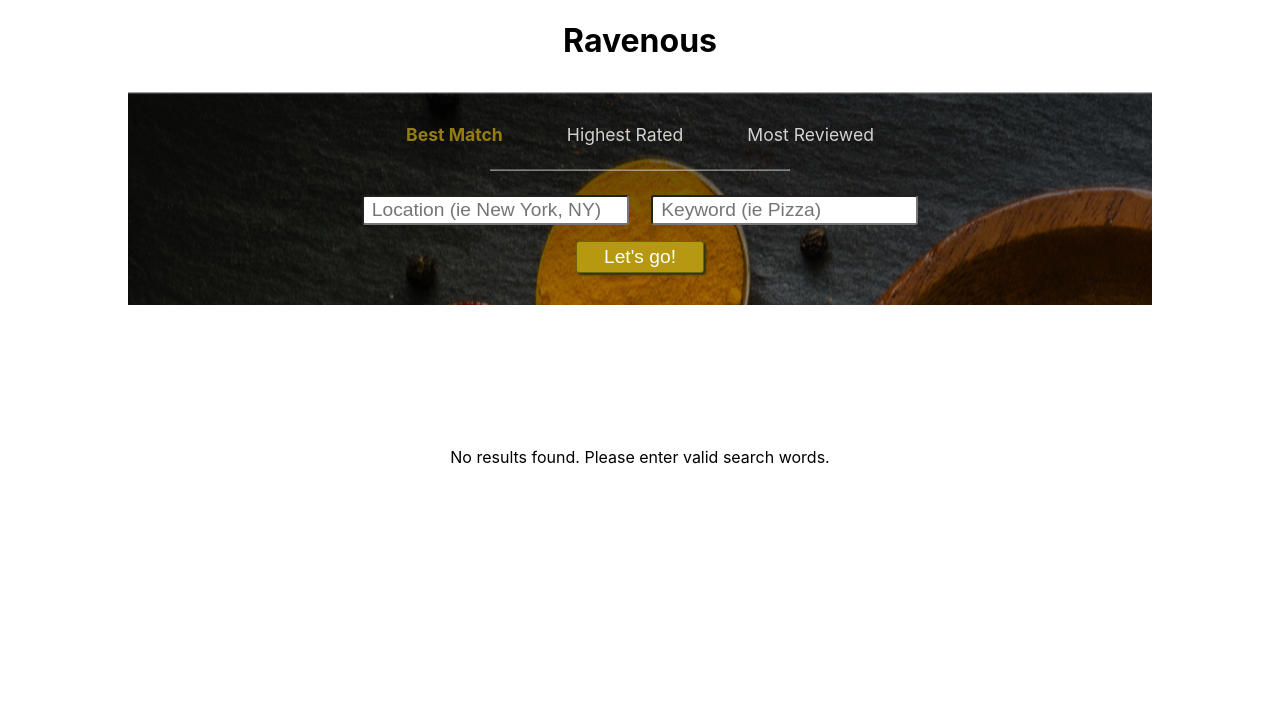
Repository: LolaSL/Ravenous
Page: /
The author's editor kept a copy of each file at every save. The page is drawn from the files as they stood at one save, then again after the next save.
The browser window is 1280 px wide. The pictures show the whole page.
The page's requests for data from a server got no answer. The project was rebuilt for these pictures with package versions that can differ from the ones it lists, and the page was loaded fresh each time. No one was signed in, and anything a server would have sent is missing. Also part of the build but not shown: src/Business/Business.js.

Above is the page before, as saved 2024-03-23 20:32:50.

### src/App.js
import './App.css';
import React, { useState, useEffect } from 'react';
import BusinessList from './BusinessList/BusinessList';
import SearchBar from './SearchBar/SearchBar';
import getSuggestions from './utils/yelp';

function App() {
  const [businesses, setBusinesses ] = useState([]);

  const searchYelp = async (keyword, location, sort) => {
    const suggestions = await getSuggestions(keyword, location, sort);
    setBusinesses(suggestions);
  };

  useEffect(() => {
    searchYelp("food", "US", "best_match");
  }, []);

  return (
    <div className="App">
      <header>
        <h1>Ravenous</h1>
      </header>
      <main>
        <SearchBar searchYelp={searchYelp}/>
        <BusinessList businesses={businesses}/>
      </main>
      <footer>

      </footer>
    </div>
  );
};

export default App;

### src/BusinessList/BusinessList.js
import React from 'react';
import './BusinessList.css';
import Business from '../Business/Business';

function BusinessList(prop) {
  if(!prop.businesses) {
    return (
      <div id="business-list">
        <p>No results found. Please enter valid search words.</p>
      </div>
    )
  }
  return (
    <div id="business-list">
      {prop.businesses?.map(business => {
        return <Business info={business} key={business.id}/>;
      })}
    </div>
  );
};

export default BusinessList;

### src/SearchBar/SearchBar.js
import React, { useState } from 'react';
import './SearchBar.css';

function SearchBar({ searchYelp }) {
    const [location, setLocation] = useState("US");
    const [keyword, setKeyword] = useState("restaurant");
    const [sort, setSort] = useState("best_match");

    const sortChoices = [
        { id: "best_match", choice: "Best Match" },
        { id: "rating", choice: "Highest Rated" },
        { id: "review_count", choice: "Most Reviewed" }
    ];

    const handleSortChange = (choice) => {
        setSort(choice);
    }

    const handleLocationChange = (event) => {
        let choice = event.target.value;
        if (!choice) {
            choice = "US";
        };
        setLocation(choice);
    };

    const handleKeywordChange = (event) => {
        let choice = event.target.value;
        if (!choice) {
            choice = "food";
        };
        setKeyword(choice);
    };

    const handleSubmit = (event) => {
        event.preventDefault();
        searchYelp(keyword, location, sort);
    };

    return (
        <div id="search-bar">
            <ul id="sort-options">
                {sortChoices.map((choice) => (
                    <li key={choice.id} value={choice.id} onClick={() => handleSortChange(choice.id)} className={sort === choice.id ? "active" : ""}>{choice.choice}</li>
                ))}
            </ul>
            <hr />
            <div id="user-input">
                <input className="search-input" id="location" onChange={handleLocationChange} placeholder="Location (ie New York, NY)" />
                <input className="search-input" id="keyword" onChange={handleKeywordChange} placeholder="Keyword (ie Pizza)" />
                <button id="submit" type="submit" onClick={handleSubmit}>Let's go!</button>
            </div>
        </div>
    );
};

export default SearchBar;

### src/utils/yelp.js
const apiKey = process.env.REACT_APP_API_KEY;
const cors = "https://cors-anywhere.herokuapp.com/";
const baseUrl = "https://api.yelp.com/v3";
const searchEndpoint = "/businesses/search";

const getSuggestions = async (keyword, location, sort) => {
  const endpoint = `${cors}${baseUrl}${searchEndpoint}?term=${keyword}&location=${location}&sort_by=${sort}`;

  try {
    const response = await fetch(endpoint,
      {
        headers: {
          Authorization: `Bearer ${apiKey}`
        }
      }
    );
    if (response.ok) {
      const jsonResponse = await response.json();
      const results = jsonResponse.businesses.map((business) => ({
        id: business.id,
        img: business.image_url,
        name: business.name,
        address: `${business.location.display_address[0]}, ${business.location.display_address[1]}`,
        category: business.categories[0].title,
        rating: business.rating,
        reviews: business.review_count
      }));
      return results;
    }
  }
  catch (error) {
    console.log(error);
  };
};
export default getSuggestions;

### src/BusinessList/BusinessList.css
/* BusinessList.css */
#business-list {
  display: flex;
  box-sizing: border-box;
  width: 100%;
  min-height: 15rem;
  margin: 2rem auto;
  padding: 1rem 5rem;
  align-items: center;
  flex-wrap: wrap;
  justify-content: center;
  background-color: white;
}

### src/SearchBar/SearchBar.css
#search-bar {
    display: flexbox;
    box-sizing: border-box;
    width: 80%;
    margin: 2rem auto;
    padding: 1rem;
    justify-content: center;
    background-image: url("./background_search_desktop.jpg");
  }

  #sort-options {
    list-style-type: none;
    margin: 1rem auto;
    padding: 0;
  }

  #sort-options li {
    display: inline;
    margin: 0 2rem;
    color: white;
    font-size: 1.1rem;
    opacity: 80%;
  }

  #sort-options li:hover {
    cursor: pointer;
    color: rgb(182, 152, 17);
  }

  .active {
    color: rgb(182, 152, 17) !important;
    font-weight: bold;
  }

  hr {
    margin: 1.5rem auto;
    width: 30%;
    opacity: 50%;
  }

  #user-input {
    margin: 1rem auto;
  }

  .search-input {
    margin: 0 0.7rem;
    font-size: 1.2rem;
    height: 1.2rem;
    padding: 0.2rem 0.5rem;
    border-radius: 3px;
  }

  #submit {
    display: block;
    width: 8rem;
    height: 2rem;
    margin: 1rem auto;
    color: white;
    background-color: rgb(182, 152, 17);
    border: 1px solid rgb(107, 101, 17);
    border-radius: 3px;
    font-size: 1.2rem;
    box-shadow: 2px 2px 2px rgb(47, 53, 10);
  }

  #submit:hover {
    cursor: pointer;
    background-color:rgb(81, 67, 2);
  }


  @media only screen and (max-width: 560px) {
    .SearchBar {
      background-image: url("./background_search_mobile.jpg");
    }

    .SearchBarSortOptions ul {
      margin-left: 2rem;
      margin-right: 2rem;
    }

    .SearchBarFields {
      flex-direction: column;
      align-items: center;
    }

    .SearchBarFields input {
      margin-right: 0;
      margin-bottom: 0.86rem;
    }
  }

### src/Business/Business.css
/* Business.css */
.restaurant-card {
  display: block;
  width: 350px;
  height: 350px;
  min-width: 350px;
  border: 1px solid rgb(152, 97, 3);
  margin: 10px;
  background-color: white;
  color: black;
  box-sizing: border-box;
  border-radius: 5px;
}

img {
  width: 100%;
  height: 230px;
  margin-bottom: 10px;
}

.name {
  font-size: 1.2rem;
  font-weight: bold;
}

.category {
  color: rgb(152, 97, 3);
  font-weight: bold;
}

.info {
  padding-bottom: 10px;
}

p {
  margin: 0;
}

Loaded but not shown: public/index.html (common file); src/index.js (common file); src/index.css (common file); src/reportWebVitals.js (common file); src/App.css (common file)

After the next save:
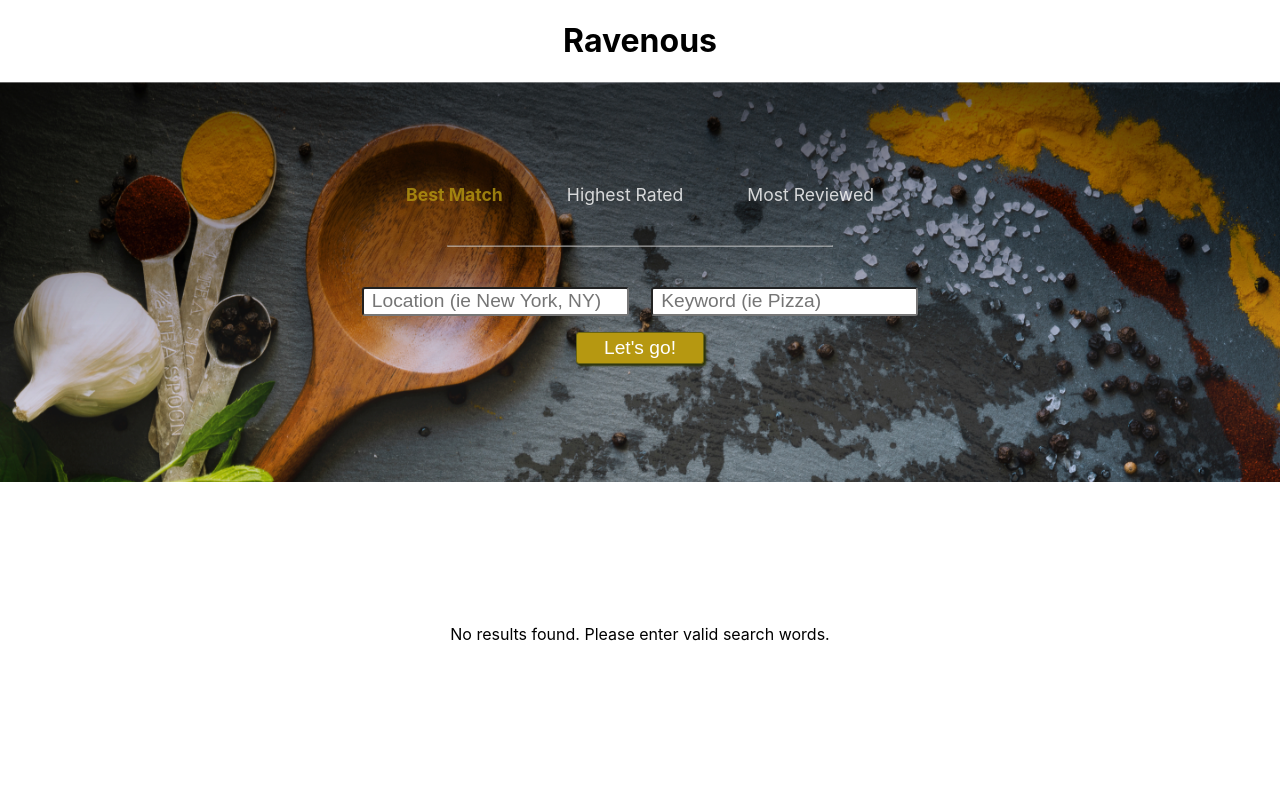
Saved 12 s later.
--- a/src/SearchBar/SearchBar.css
+++ b/src/SearchBar/SearchBar.css
@@ -1,11 +1,11 @@
 #search-bar {
-    display: flexbox;
-    box-sizing: border-box;
-    width: 80%;
-    margin: 2rem auto;
-    padding: 1rem;
-    justify-content: center;
-    background-image: url("./background_search_desktop.jpg");
+  display: flex;
+  flex-direction: column;
+  justify-content: center;
+  background-image: url("./background_search_desktop.jpg");
+  background-size: cover;
+  background-repeat: no-repeat;
+  height: 25rem;
   }
 
   #sort-options {
